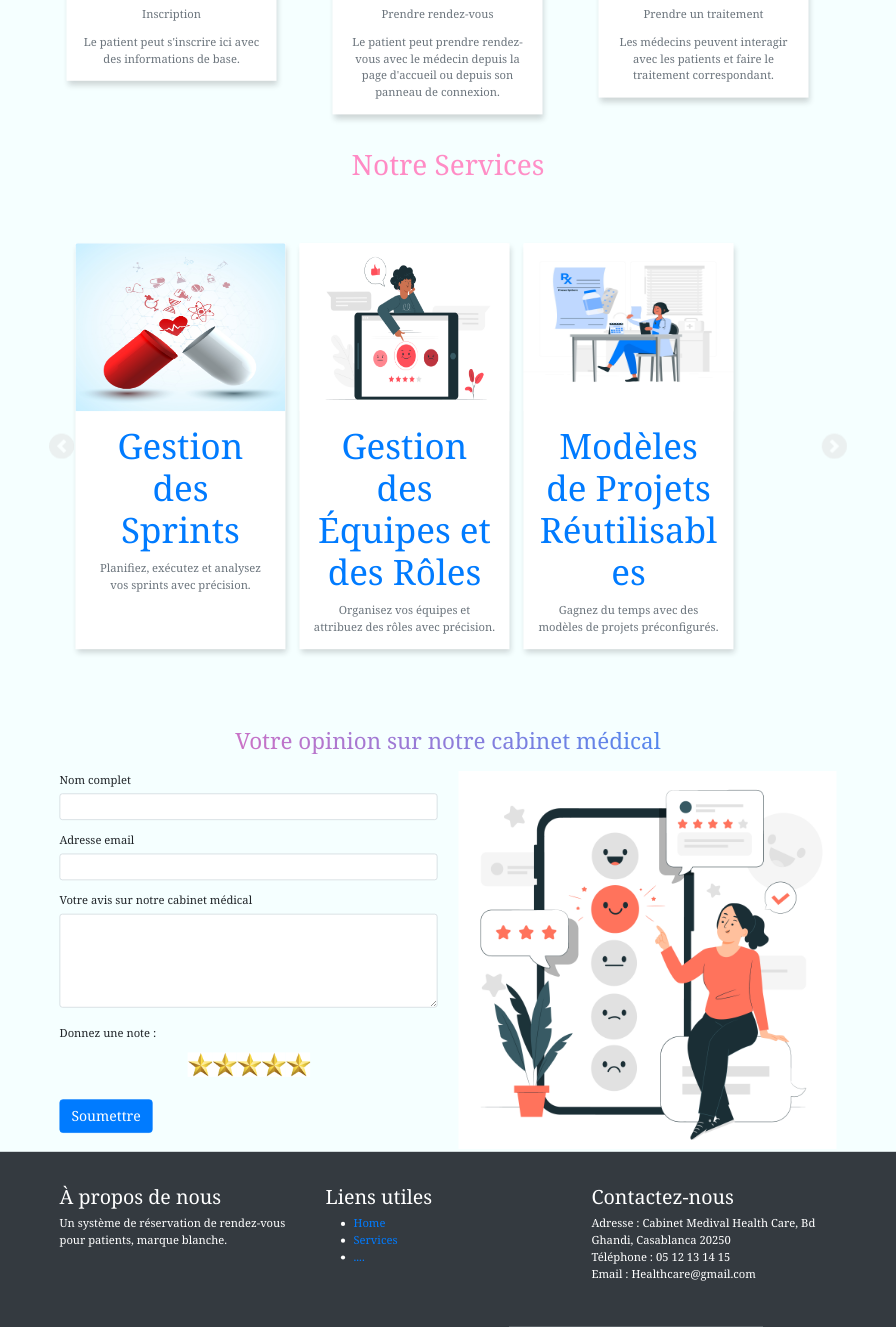
Repository: SalmaElhaou/Scrum-Project
Page: http://localhost/
The author's editor kept a copy of each file at every save. The page is drawn from the files as they stood at one save, then again after the next save.
The browser window is 1280 px wide. The pictures show the part of the page from y = 1448 to 3368 px (the page is 3344 px tall before and 3368 px after), at 70% of full size.
Some web libraries are served in a nearby version. The page is served by the project's Laravel application, run on PHP 8.4 with Laravel 10.

Above is the page before, as saved 2025-02-01 22:14:00.
Console error: TypeError: Cannot read properties of null (reading 'addEventListener')

After the next save:
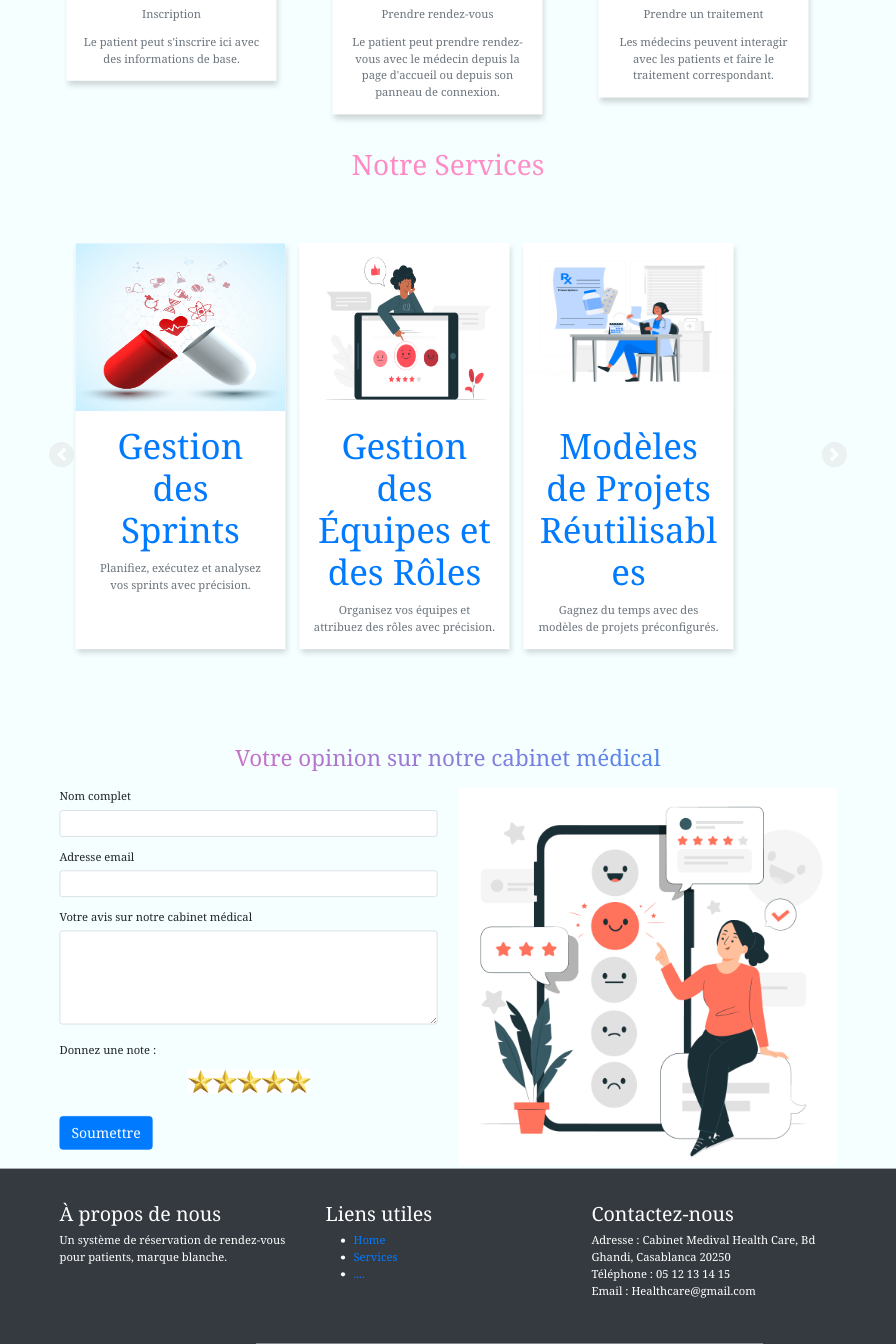
Saved 28 s later.
--- a/resources/views/welcome.blade.php
+++ b/resources/views/welcome.blade.php
@@ -531,7 +531,7 @@
             <div class="card">
               <img src="img/young-doctor-supporting-his-patient.jpg" class="card-img-top" alt="...">
               <div class="card-body">
-                <h5 class="card-title">Card title4</h5>
+                <h5 class="card-title">Tableaux Kanban Personnalisés</h5>
                 <p class="card-text">Some quick example text to build on the card title and make up the bulk of the card's content.</p>
 
               </div>
